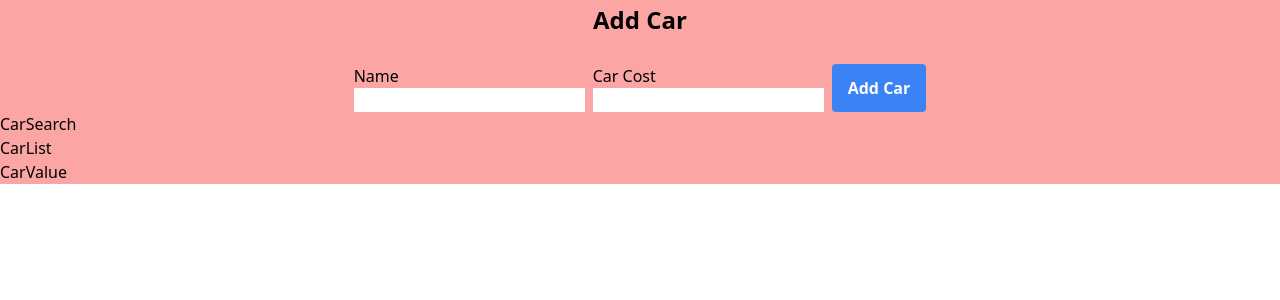
Repository: Marhamat92/carsappreduxtoolkit
Page: /
These files come from the project's save history. The page is drawn as it stood at one moment and after the next save; the edit follows.
The browser window is 1280 px wide. The pictures show the whole page.
The project was rebuilt for these pictures with package versions that can differ from the ones it lists, and the page was loaded fresh each time.

Above is the page before, as saved 2023-01-23 21:05:20.

### src/index.js
import React from 'react';
import ReactDOM from 'react-dom/client';
import './index.css';
import App from './App';
import { Provider } from 'react-redux';
import { store } from './store'


const root = ReactDOM.createRoot(document.getElementById('root'));
root.render(
  <Provider store={store}>
    <App />
  </Provider>
);

### src/App.js
import CarForm from "./components/CarForm";
import CarList from "./components/CarList";
import CarSearch from "./components/CarSearch";
import CarValue from "./components/CarValue";


function App() {
  return (
    <div className="container mx-auto  bg-red-300">
      <CarForm />
      <CarSearch />
      <CarList />
      <CarValue />
    </div>
  );
}

export default App;

### src/store/index.js
import { configureStore } from "@reduxjs/toolkit";
import {
  carsReducer,
  addCar,
  removeCar,
  changeSearchTerm,
} from "./slices/carsSlice";
import { formReducer, changeName, changeCost } from "./slices/formSlice";

const store = configureStore({
  reducer: {
    cars: carsReducer,
    form: formReducer,
  },
})

export { store, addCar, removeCar, changeSearchTerm, changeName, changeCost };

### src/components/CarForm.js
import React from 'react'

function CarForm() {
  return (
    <div className='flex flex-col items-center justify-center'>
      <h1 className='font-bold text-2xl py-1' >Add Car</h1>
      <div className='mt-6'>
        <form className='flex flex-row space-x-2'>
          <div className='flex flex-col'>
            <label htmlFor='make'>Name</label>
            <input type='text' name='carName' id='carName' />
          </div>
          <div className='flex flex-col'>
            <label htmlFor='price'>Car Cost</label>
            <input type='text' name='price' id='price' />
          </div>
          <button className='bg-blue-500 hover:bg-blue-700 text-white font-bold  px-4 rounded ' type='submit'>Add Car</button>
        </form>
      </div>
    </div>
  )
}

export default CarForm

### src/components/CarList.js
import React from 'react'

function CarList() {
  return (
    <div>CarList</div>
  )
}

export default CarList

### src/components/CarSearch.js
import React from 'react'

function CarSearch() {
  return (
    <div>CarSearch</div>
  )
}

export default CarSearch

### src/components/CarValue.js
import React from 'react'

function CarValue() {
  return (
    <div>CarValue</div>
  )
}

export default CarValue

### src/store/slices/carsSlice.js
import { createSlice, nanoid } from '@reduxjs/toolkit';

const carsSlice = createSlice({
  name: 'cars',
  initialState: {
    cars: [],
    searchTerm: ''
  },
  reducers: {
    changeSearchTerm(state, action) {
      state.searchTerm = action.payload;
    },
    addCar(state, action) {
      //Assumption:
      //action.payload is an object with the following properties:
      //name, cost, id
      state.cars.push({
        name: action.payload.name,
        cost: action.payload.cost,
        id: nanoid()
      })
    },
    removeCar(state, action) {
      //Assumption:
      //action.payload is the id of the car to remove
      const updatedCars = state.cars.filter((car) => {
        return car.id !== action.payload;
      })
      state.cars = updatedCars;
    }

  }
})

export const { changeSearchTerm, addCar, removeCar } = carsSlice.actions;
export const carsReducer = carsSlice.reducer;

### src/store/slices/formSlice.js
import { createSlice } from '@reduxjs/toolkit';

const formSlice = createSlice({
  name: 'form',
  initialState: {
    name: '',
    cost: 0
  },
  reducers: {
    changeName(state, action) {
      state.name = action.payload;
    },
    changeCost(state, action) {
      state.cost = action.payload;
    }
  }
})

export const { changeName, changeCost } = formSlice.actions;
export const formReducer = formSlice.reducer;

Loaded but not shown: public/index.html (common file); src/index.css (common file); tailwind.config.js (common file)

After the next save:
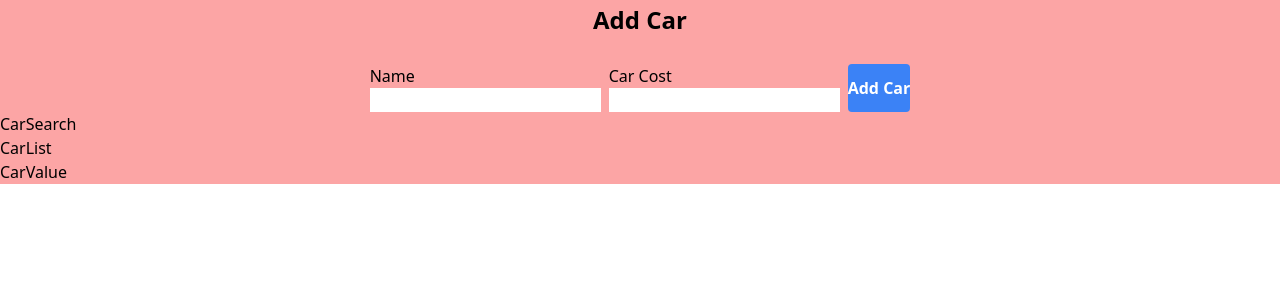
Saved 7 s later.
--- a/src/components/CarForm.js
+++ b/src/components/CarForm.js
@@ -14,7 +14,7 @@
             <label htmlFor='price'>Car Cost</label>
             <input type='text' name='price' id='price' />
           </div>
-          <button className='bg-blue-500 hover:bg-blue-700 text-white font-bold  px-4 rounded ' type='submit'>Add Car</button>
+          <button className='bg-blue-500 hover:bg-blue-700 text-white font-bold   rounded ' type='submit'>Add Car</button>
         </form>
       </div>
     </div>

After the save that followed:
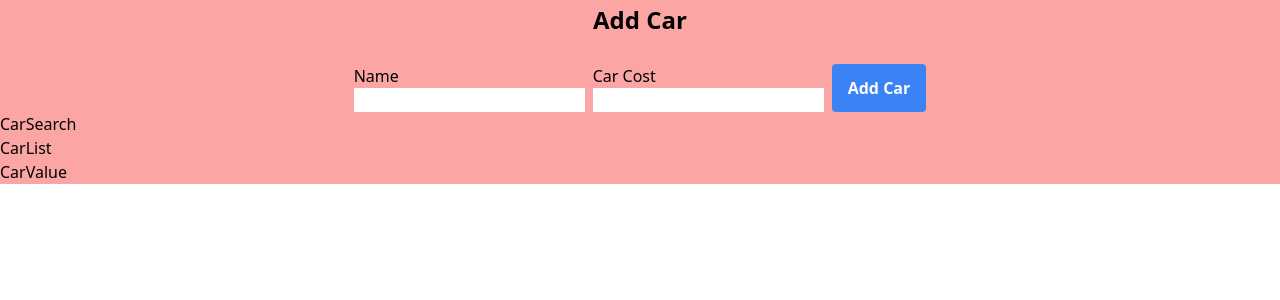
Saved 13 s later.
--- a/src/components/CarForm.js
+++ b/src/components/CarForm.js
@@ -14,7 +14,7 @@
             <label htmlFor='price'>Car Cost</label>
             <input type='text' name='price' id='price' />
           </div>
-          <button className='bg-blue-500 hover:bg-blue-700 text-white font-bold   rounded ' type='submit'>Add Car</button>
+          <button className='bg-blue-500 hover:bg-blue-700 text-white font-bold  px-4 rounded ' type='submit'>Add Car</button>
         </form>
       </div>
     </div>
